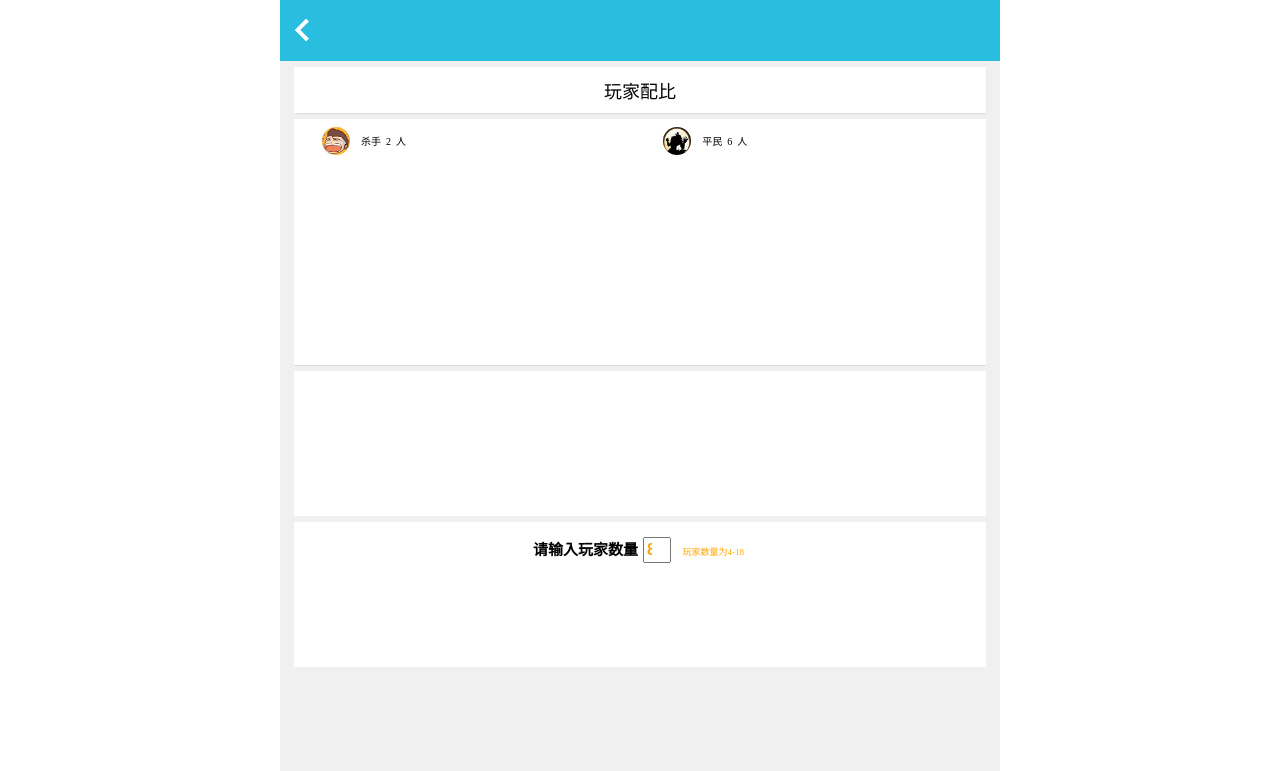
Repository: leozhangpd/My-Codes
Page: JS/two-project/deploy_page.html
These files come from the project's save history. The page is drawn as it stood at one moment and after the next save; the edit follows.
The browser window is 1280 px wide. The pictures show the whole page.

Above is the page before, as saved 2020-11-09 17:33:27.

After the next save:
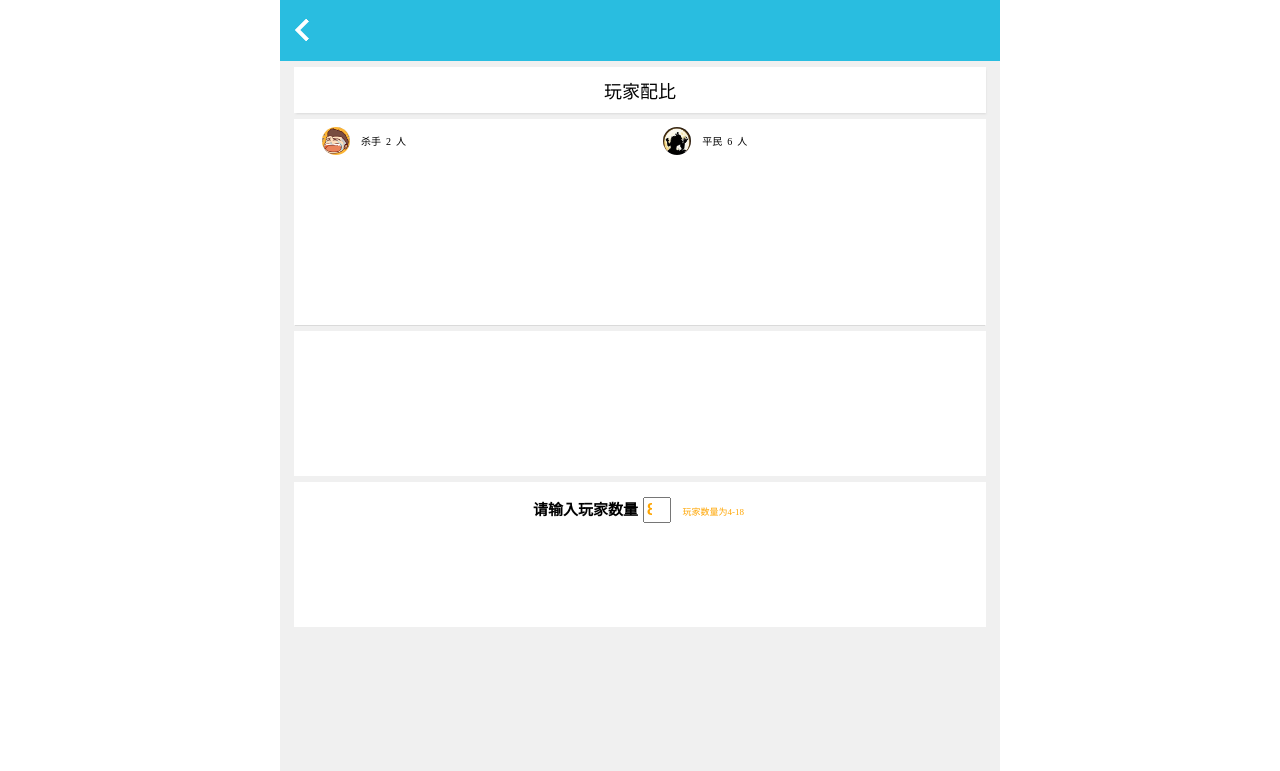
Saved 4 min 0 s later.
--- a/JS/two-project/css/deploy_page.css
+++ b/JS/two-project/css/deploy_page.css
@@ -48,7 +48,7 @@ main>*{background-color: #fff;}
     box-shadow: 1px 2px 2px -1px rgb(218, 218, 218);
 }
 .list{
-    min-height: 23rem;
+    min-height: 19rem;
     padding: 8px 0;
     box-shadow: 0 2px 0 -1px rgb(218, 218, 218);
 }
